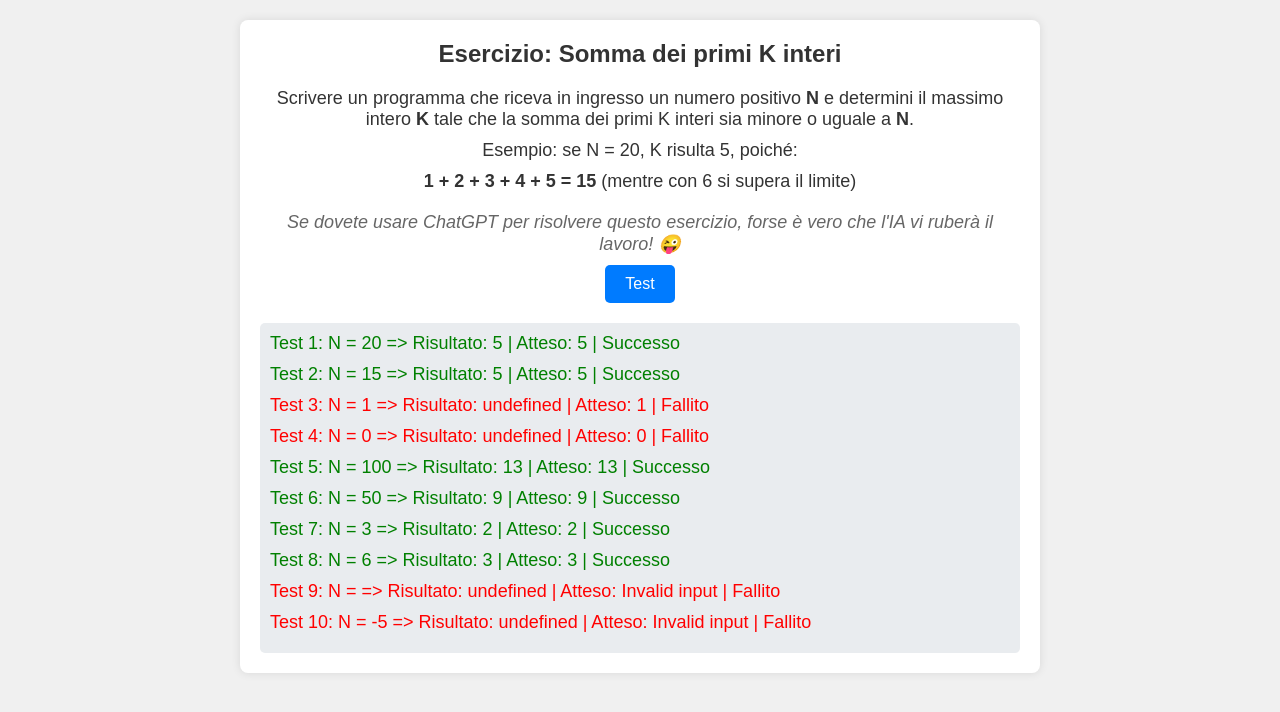
Repository: JoseManuel-Feliz/merenda1
Page: index.html
An editor plug-in stored every save of this project. The page is shown before and after the next save, followed by the edit.
The browser window is 1280 px wide. The pictures show the whole page.
After loading, the first visible `#run-tests` was clicked once.

Above is the page before, as saved 2024-10-01 17:27:03.

After the next save:
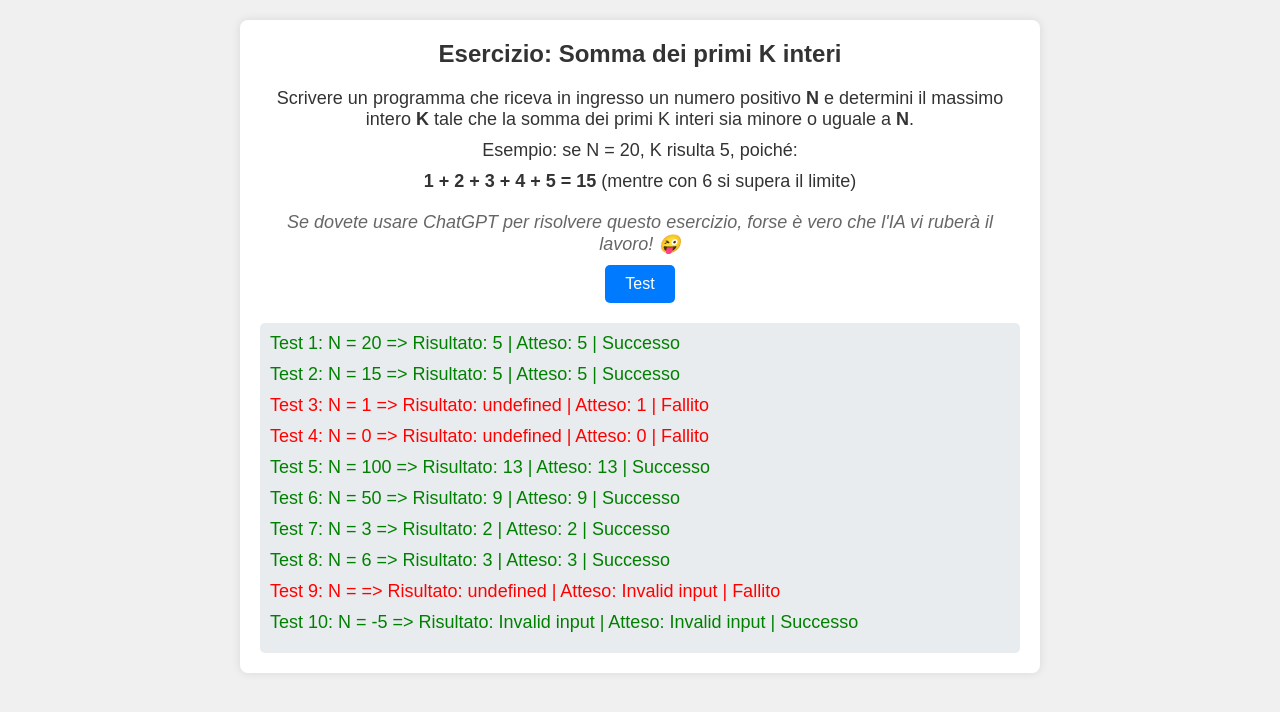
Saved 61 s later.
--- a/merenda.js
+++ b/merenda.js
@@ -2,12 +2,12 @@ function sommaInteri(N) {
     let somma = 0;
     let count = 0;
 
+    if (N < 0) {
+        return 'Invalid input';
+    }
     for (let i = 1; i <= N; i++) {
         if (somma + i > N) {
             return count;
-        }
-        else if (N < 0 || !N || isNaN(N)) {
-            return 'Invalid input';
         }
         somma += i;
         console.log(somma)
